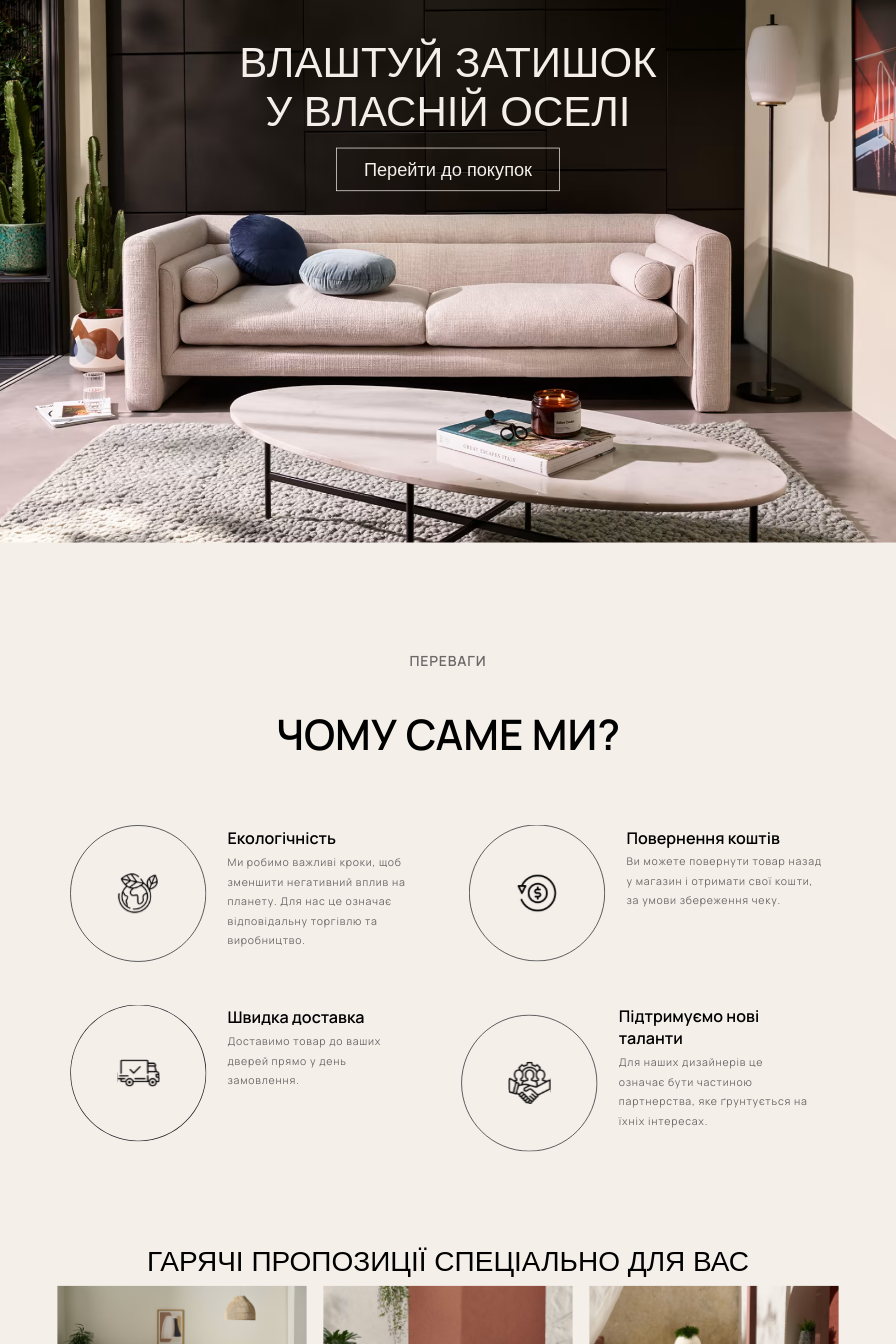
Repository: malykhinaIra/laravel
Page: http://localhost/Lend
The author's editor kept a copy of each file at every save. The page is drawn from the files as they stood at one save, then again after the next save.
The browser window is 1280 px wide. The pictures show the part of the page from y = 0 to 1920 px (the page is 3905 px tall before and 720 px after), at 70% of full size.
Some web fonts or font styles are not loaded; a fallback is used. The page is served by the project's Laravel application, run on PHP 8.4 with Laravel 9.

Above is the page before, as saved 2022-05-06 20:33:10.

After the next save:
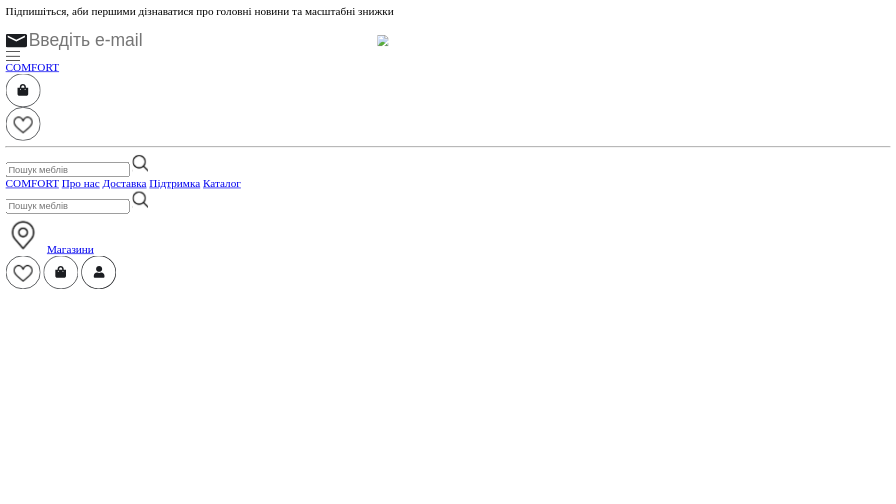
Saved 87 s later.
--- a/blog/resources/views/lend.blade.php
+++ b/blog/resources/views/lend.blade.php
@@ -1,5 +1,5 @@
 @extends('header')
-
+@section('content')
 <!DOCTYPE html>
 <html lang="ua">
 
@@ -215,3 +215,4 @@
 </body>
 
 </html>
+@endsection

After the 2 saves that followed:
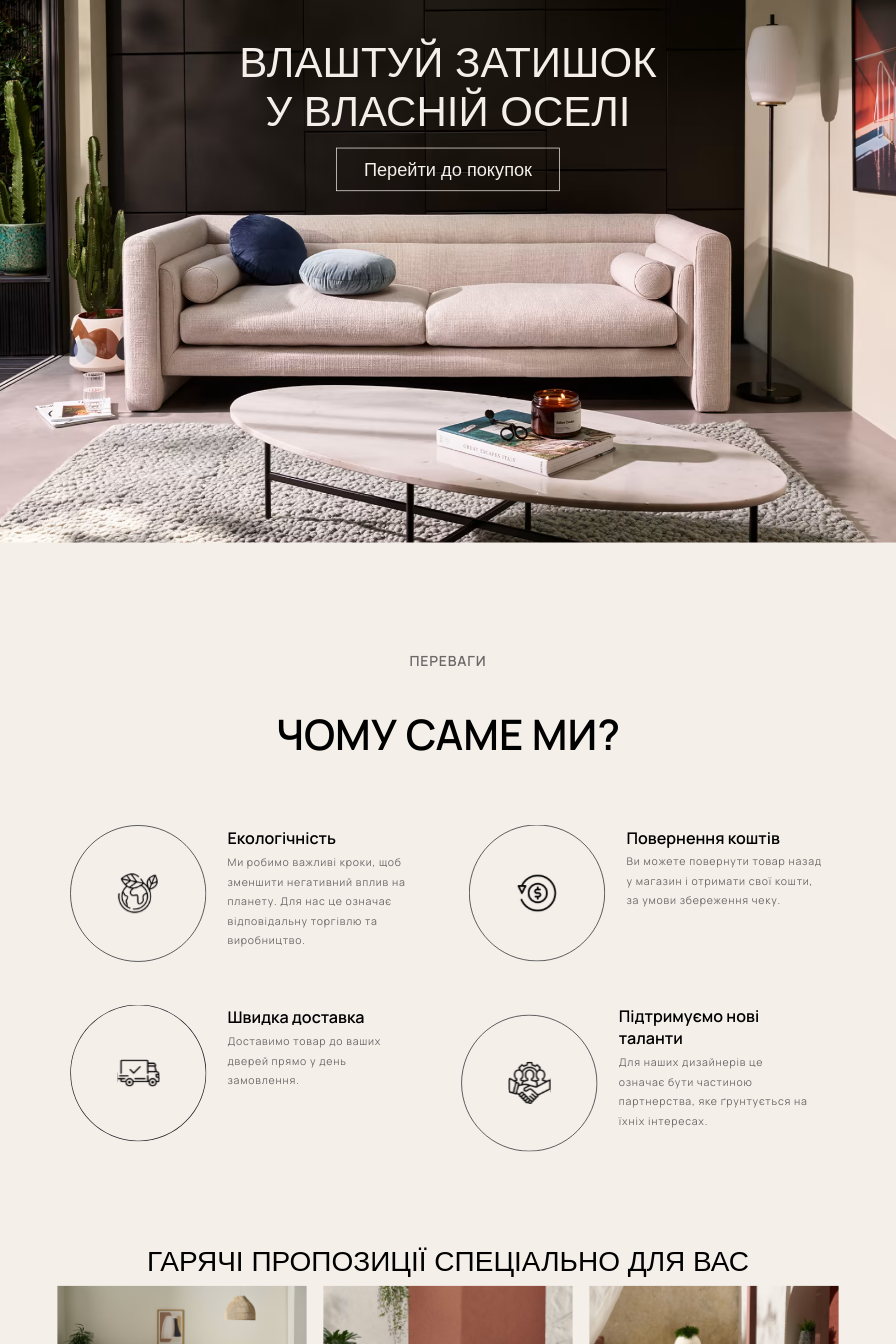
The 2 saves are shown as one change because 1 left the picture as it was.
The last was saved 44 s later.
--- a/blog/resources/views/lend.blade.php
+++ b/blog/resources/views/lend.blade.php
@@ -1,5 +1,4 @@
 @extends('header')
-@section('content')
 <!DOCTYPE html>
 <html lang="ua">
 
@@ -213,6 +212,4 @@
     <br>
 </footer>
 </body>
-
 </html>
-@endsection
